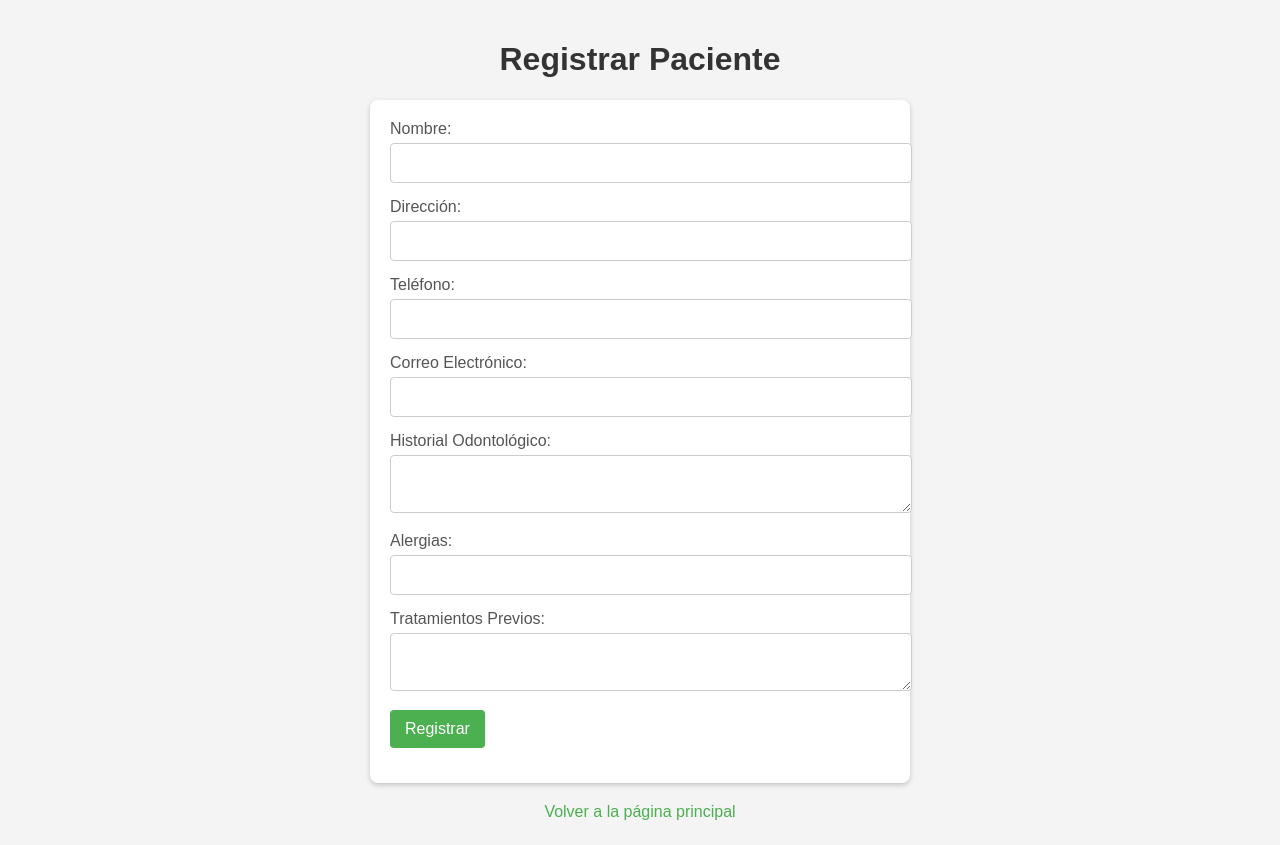
Repository: Aimarvera/LPII_EF_VeraDuran
Page: http://localhost/RegistrarPaciente
An editor plug-in stored every save of this project. The page is shown before and after the next save, followed by the edit.
The browser window is 1280 px wide. The pictures show the whole page.
The page is this project's Thymeleaf template; nobody is signed in. The template is opened directly, without the code that normally fills it, so the values that code supplies are empty.

Above is the page before, as saved 2024-10-24 04:38:14.

### Clinica/src/main/resources/templates/RegistrarPaciente.html
<!DOCTYPE html>
<html xmlns:th="http://www.thymeleaf.org">
<head>
    <meta charset="UTF-8">
    <title>Registrar Paciente</title>
    <link rel="stylesheet" type="text/css" href="/css/RegistrarPacientes.css"> <!-- Vincula el CSS -->
</head>
<body>
    <h1>Registrar Paciente</h1>

    <form th:action="@{/pacientes/registrar}" th:object="${paciente}" method="post">
        <div>
            <label for="nombre">Nombre:</label>
            <input type="text" id="nombre" th:field="*{nombre}" required/>
        </div>
        <div>
            <label for="direccion">Dirección:</label>
            <input type="text" id="direccion" th:field="*{direccion}" required/>
        </div>
        <div>
            <label for="telefono">Teléfono:</label>
            <input type="text" id="telefono" th:field="*{telefono}" required/>
        </div>
        <div>
            <label for="email">Correo Electrónico:</label>
            <input type="email" id="email" th:field="*{email}" required/>
        </div>
        <div>
            <label for="historialOdontologico">Historial Odontológico:</label>
            <textarea id="historialOdontologico" th:field="*{historialOdontologico}" required></textarea>
        </div>
        <div>
            <label for="alergias">Alergias:</label>
            <input type="text" id="alergias" th:field="*{alergias}" />
        </div>
        <div>
            <label for="tratamientosPrevios">Tratamientos Previos:</label>
            <textarea id="tratamientosPrevios" th:field="*{tratamientosPrevios}"></textarea>
        </div>

        <div>
            <button type="submit">Registrar</button>
        </div>
    </form>

    <a th:href="@{/}">Volver a la página principal</a>
</body>
</html>

### Clinica/src/main/resources/static/Registrarpacientes.css
/* Estilos generales */
body {
    font-family: Arial, sans-serif;
    background-color: #f4f4f4;
    margin: 0;
    padding: 20px;
}

/* Título principal */
h1 {
    color: #333;
    text-align: center;
}

/* Estilos del formulario */
form {
    background-color: #fff; /* Color de fondo del formulario */
    border-radius: 8px; /* Bordes redondeados */
    box-shadow: 0 2px 5px rgba(0, 0, 0, 0.2); /* Sombra del formulario */
    padding: 20px; /* Espaciado interno */
    max-width: 500px; /* Ancho máximo del formulario */
    margin: 20px auto; /* Centra el formulario en la página */
}

/* Estilos para cada elemento del formulario */
div {
    margin-bottom: 15px; /* Espacio entre los campos del formulario */
}

label {
    display: block; /* Hace que las etiquetas ocupen todo el ancho */
    margin-bottom: 5px; /* Espacio entre la etiqueta y el campo */
    color: #555; /* Color del texto de las etiquetas */
}

input[type="text"],
input[type="email"],
textarea {
    width: 100%; /* Ancho completo para los campos de entrada */
    padding: 10px; /* Espaciado interno */
    border: 1px solid #ccc; /* Borde del campo */
    border-radius: 4px; /* Bordes redondeados */
    font-size: 16px; /* Tamaño de fuente */
}

/* Estilos para el botón */
button {
    background-color: #4CAF50; /* Color de fondo del botón */
    color: white; /* Color del texto del botón */
    border: none; /* Sin borde */
    padding: 10px 15px; /* Espaciado interno */
    border-radius: 4px; /* Bordes redondeados */
    cursor: pointer; /* Cambia el cursor al pasar el mouse */
    font-size: 16px; /* Tamaño de fuente */
}

button:hover {
    background-color: #45a049; /* Color al pasar el mouse */
}

/* Enlace para volver */
a {
    display: block; /* Hace que el enlace ocupe todo el ancho */
    text-align: center; /* Centra el texto */
    margin-top: 20px; /* Espacio arriba del enlace */
    text-decoration: none; /* Quita el subrayado */
    color: #4CAF50; /* Color del enlace */
}

a:hover {
    text-decoration: underline; /* Subrayado al pasar el mouse */
}

After the next save:
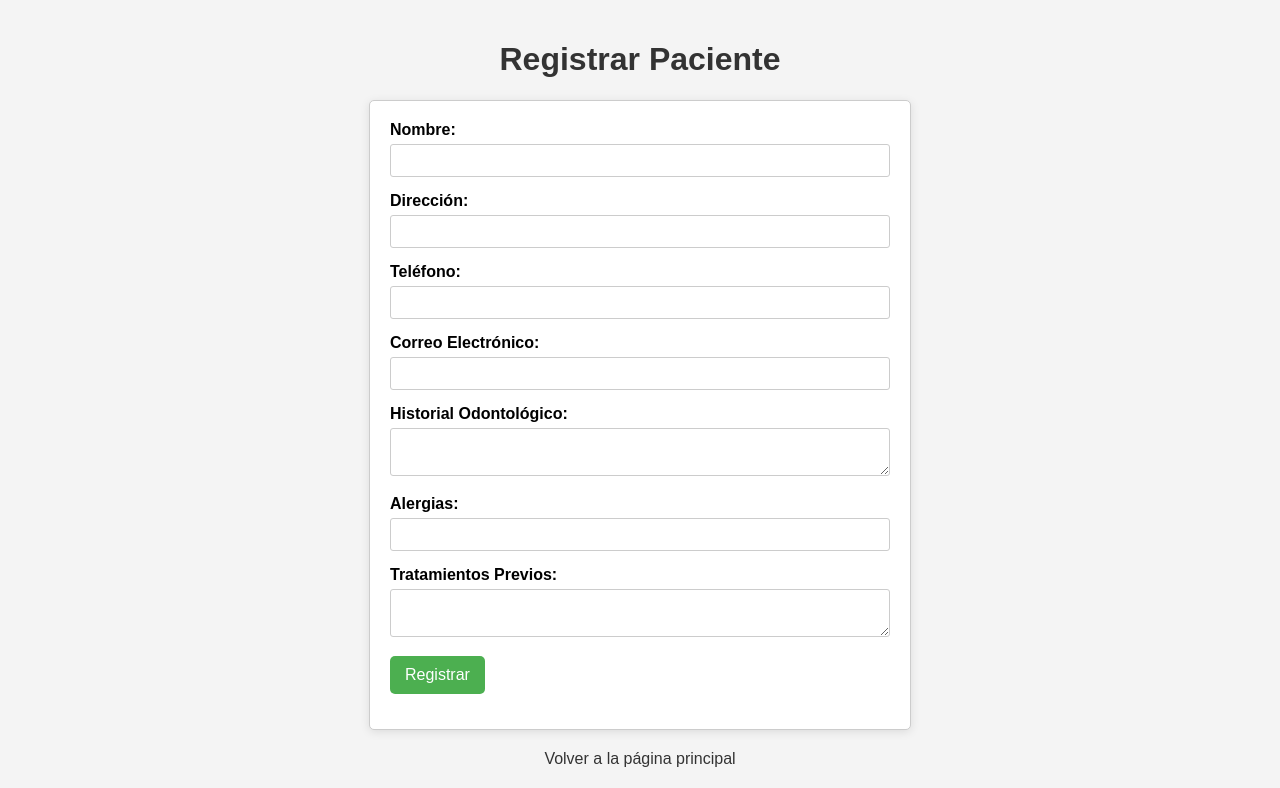
Saved 21 s later.
--- a/Clinica/src/main/resources/static/Registrarpacientes.css
+++ b/Clinica/src/main/resources/static/Registrarpacientes.css
@@ -1,4 +1,6 @@
-/* Estilos generales */
+/* RegistrarPacientes.css */
+
+/* Estilos generales del body */
 body {
     font-family: Arial, sans-serif;
     background-color: #f4f4f4;
@@ -6,67 +8,71 @@ body {
     padding: 20px;
 }
 
-/* Título principal */
+/* Estilo del título principal */
 h1 {
     color: #333;
     text-align: center;
 }
 
-/* Estilos del formulario */
+/* Estilo del formulario */
 form {
-    background-color: #fff; /* Color de fondo del formulario */
-    border-radius: 8px; /* Bordes redondeados */
-    box-shadow: 0 2px 5px rgba(0, 0, 0, 0.2); /* Sombra del formulario */
-    padding: 20px; /* Espaciado interno */
-    max-width: 500px; /* Ancho máximo del formulario */
-    margin: 20px auto; /* Centra el formulario en la página */
+    background-color: white;
+    border: 1px solid #ccc;
+    border-radius: 5px;
+    padding: 20px;
+    max-width: 500px;
+    margin: auto;
+    box-shadow: 0 2px 10px rgba(0, 0, 0, 0.1);
 }
 
-/* Estilos para cada elemento del formulario */
+/* Estilo de los elementos del formulario */
 div {
-    margin-bottom: 15px; /* Espacio entre los campos del formulario */
+    margin-bottom: 15px;
 }
 
+/* Estilo de las etiquetas */
 label {
-    display: block; /* Hace que las etiquetas ocupen todo el ancho */
-    margin-bottom: 5px; /* Espacio entre la etiqueta y el campo */
-    color: #555; /* Color del texto de las etiquetas */
+    display: block;
+    margin-bottom: 5px;
+    font-weight: bold;
 }
 
+/* Estilo de los campos de entrada */
 input[type="text"],
 input[type="email"],
 textarea {
-    width: 100%; /* Ancho completo para los campos de entrada */
-    padding: 10px; /* Espaciado interno */
-    border: 1px solid #ccc; /* Borde del campo */
-    border-radius: 4px; /* Bordes redondeados */
-    font-size: 16px; /* Tamaño de fuente */
+    width: 100%;
+    padding: 8px;
+    border: 1px solid #ccc;
+    border-radius: 3px;
+    box-sizing: border-box;
 }
 
-/* Estilos para el botón */
+/* Estilo de los botones */
 button {
-    background-color: #4CAF50; /* Color de fondo del botón */
-    color: white; /* Color del texto del botón */
-    border: none; /* Sin borde */
-    padding: 10px 15px; /* Espaciado interno */
-    border-radius: 4px; /* Bordes redondeados */
-    cursor: pointer; /* Cambia el cursor al pasar el mouse */
-    font-size: 16px; /* Tamaño de fuente */
+    background-color: #4CAF50; /* Color verde */
+    color: white;
+    padding: 10px 15px;
+    border: none;
+    border-radius: 5px;
+    cursor: pointer;
+    font-size: 16px;
+    transition: background-color 0.3s;
 }
 
 button:hover {
-    background-color: #45a049; /* Color al pasar el mouse */
+    background-color: #45a049; /* Color verde más oscuro al pasar el mouse */
 }
 
-/* Enlace para volver */
+/* Enlace de vuelta */
 a {
-    display: block; /* Hace que el enlace ocupe todo el ancho */
-    text-align: center; /* Centra el texto */
-    margin-top: 20px; /* Espacio arriba del enlace */
-    text-decoration: none; /* Quita el subrayado */
-    color: #4CAF50; /* Color del enlace */
+    display: block;
+    text-align: center;
+    margin-top: 20px;
+    text-decoration: none;
+    color: #333;
 }
 
 a:hover {
-    text-decoration: underline; /* Subrayado al pasar el mouse */
+    text-decoration: underline;
 }
